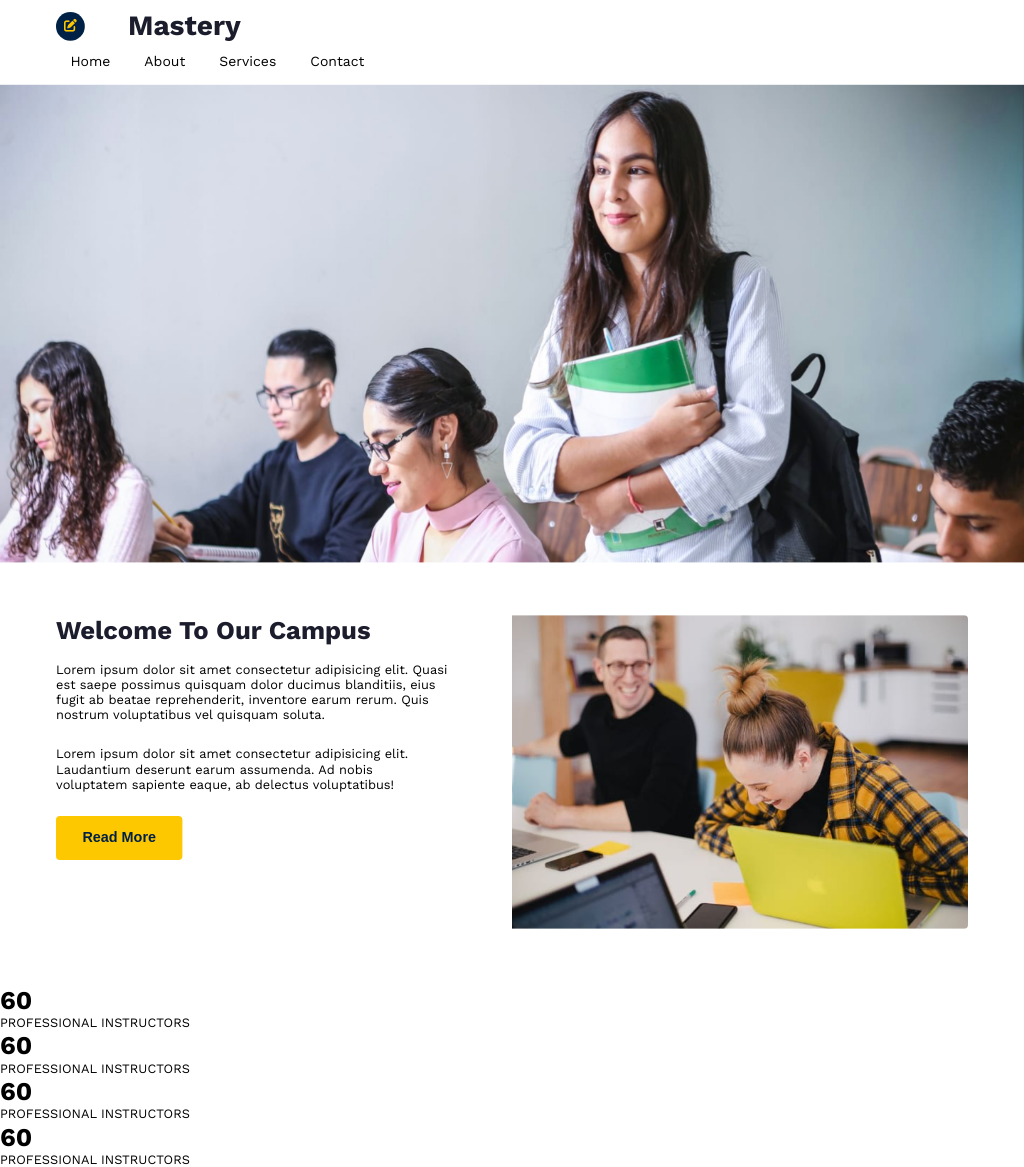
Repository: giahuy405/BC38__Mastery__Pham_Gia_Huy
Page: index.html
These files come from the project's save history. The page is drawn as it stood at one moment and after the next save; the edit follows.
The browser window is 1280 px wide. The pictures show the whole page, at 80% of full size.

Above is the page before, as saved 2022-09-09 17:01:53.

After the next save:
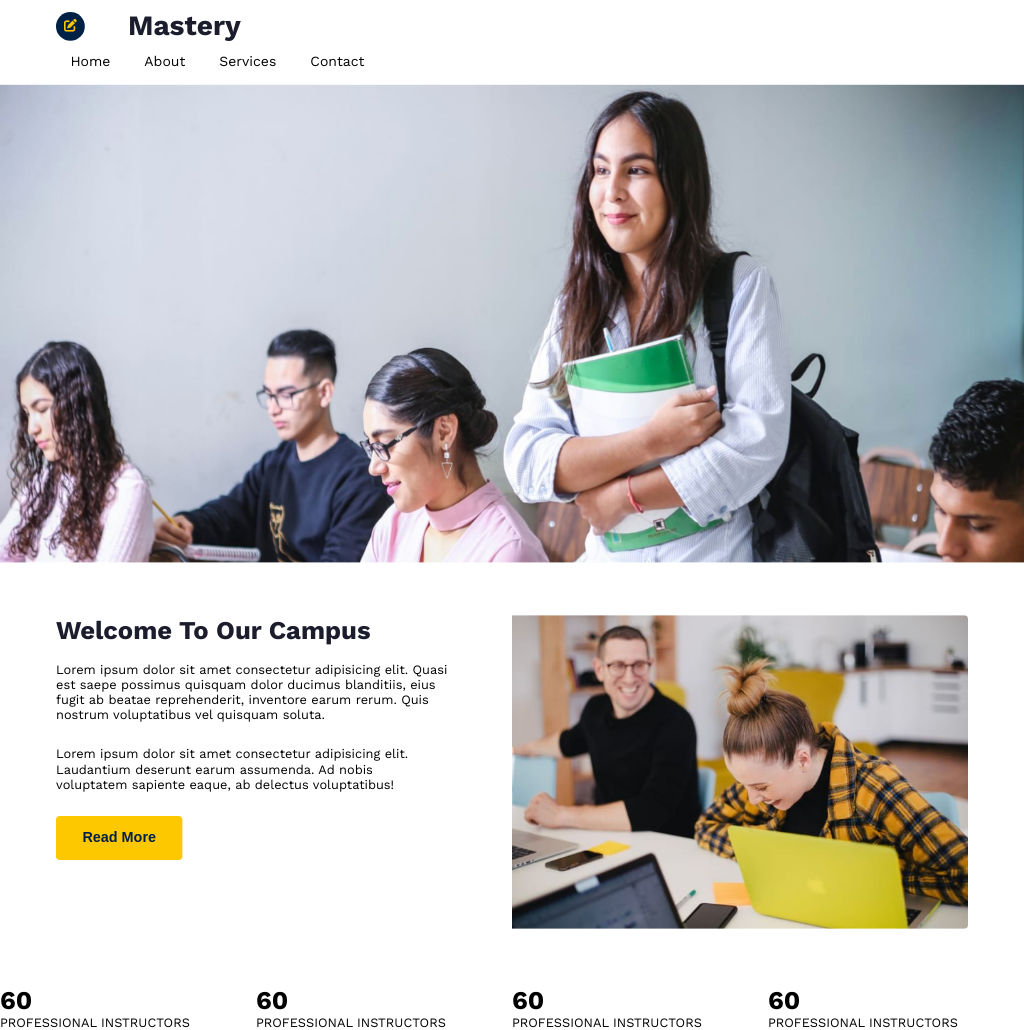
Saved 34 s later.
--- a/index.css
+++ b/index.css
@@ -220,3 +220,7 @@ height: 597px;
     border-top-right-radius: 5px;
     border-bottom-right-radius: 5px;
 }
+.information__content{
+    float: left;
+    width: 25%;
+}
